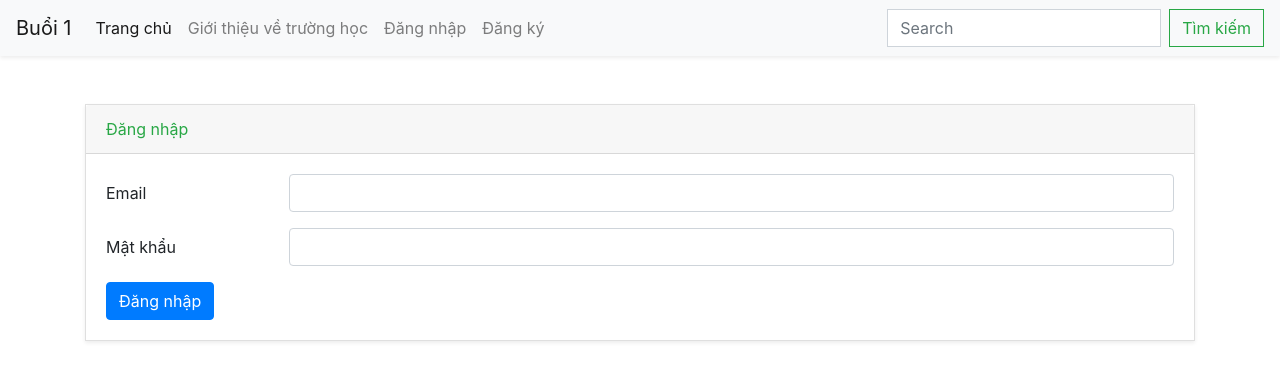
Repository: thaingo123/K20_HPC_Nhom.4_L-p.IT05_LaravelBlog
Page: http://localhost/login
An editor plug-in stored every save of this project. The page is shown before and after the next save, followed by the edit.
The browser window is 1280 px wide. The pictures show the whole page.
Some web libraries are served in a nearby version. The page is served by the project's Laravel application, run on PHP 8.4 with Laravel 9. Other server files are loaded and not shown.

Above is the page before, as saved 2022-03-24 10:50:50.

### routes/web.php
<?php


use Illuminate\Support\Facades\Route;
use App\Http\Controllers\UserController;
use App\Http\Controllers\HomeController;


/*
|--------------------------------------------------------------------------
| Web Routes
|--------------------------------------------------------------------------
|
| Here is where you can register web routes for your application. These
| routes are loaded by the RouteServiceProvider within a group which
| contains the "web" middleware group. Now create something great!
|
*/

// Route::get('/', function () {
//     return view('welcome');
// });


Route::get('/hung',function() {
    return 'Nguyễn Đình Hùng';
});

// Route::get('/blogk20',function() {
//     return view('blogk20');
// });

// Route::get('/blog-post',function() {
//     return view('blog-post');
// });

// Route::get('/login',function() {
//     return view('login');
// });
// Route::get('/login',[homeControllers::class, 'login']);

// Route::get('/register',function() {
//     return view('register');
// });



Route::get('/text',[HomeController::class,'show']);
Route::get('/hung',function() {
    return 'Nguyễn Đình Hùng';
});
Route::get('/blog',[UserController::class,'blog']);
Route::get('/blog-post',[UserController::class,'blogpost']);
Route::get('/register',[UserController::class,'register']);

Route::get('/login',[UserController::class,'login']);
Route::post('/login',[UserController::class,'login']);


Route::post('/blog-post',[UserController::class,'userLogin']);

Route::get('/admin', function() {
    return 'đây là trang quản trị';
})->middleware('new_token');

Route::get('/user', function() {
    return 'đây là trang quản trị của bloc';
})->middleware('new_token');

Route::get('/user2', function(){
    return 'trang lỗi';
});
// Route::get('/home', function(){
//     return view('home');
// });
Route::get('/home',[UserController::class,'home'])->middleware('admin');
Route::get('/login_in',[UserController::class,'login_in']);

Route::post('/login','UserController@login2')->name('auth.login');

Route :: get('/duc-bang-20012030101', function() {
    return 'MÃ SINH VIÊN LÀ 20012030101';
});

### app/Http/Controllers/UserController.php
<?php

namespace App\Http\Controllers;

use Illuminate\Http\Request;

class UserController extends Controller
{
    public function __construct(){

    }
    public function blog(){
        return view('blog');
    }
    public function login(){
        return view ('login');
    }
    public function blogpost(){
        return view('blog-post');
    }
    public function register(){
        return view('register');
    }
    public function getAuthLogin(){
        return view('login');
    }
    public function postAuthLogin(){
        return view('login');
    }

    public function home(){
        return view('home');
    }

    public function login_in(){
        return view('login_in');
    }

    public function login2(Request $request){
        $email = $_REQUEST["email"];
        $password = $_REQUEST["password"];
           if ($email === "dinhhung231202@gmail.com")
           {
               if ($password ==="hung123") {
                return view('home');
                    // return ('dăng nhập thành công');
               }else {

                    return ('password sai rồi bn ơi');
               }
           }else {
                    return ('email ko chùng với tài khoản nào !login');
           }
    }
    public function userLogin() {
        $email = $_REQUEST["email"];
        $password = $_REQUEST["password"];

           if ($email === "dinhhung231202@gmail.com")
           {
               if ($password ==="hung123") {


                    return ('dăng nhập thành công');

               }else {

                    return ('password sai rồi bn ơi');
               }
           }else {
                    return ('email ko chùng với tài khoản nào !login');
           }
    }

    // public function userLogin() {
    //     $email = $_REQUEST["email"];
    //     $password = $_REQUEST["password"];

    //        if ($email === "dinhhung231202@gmail.com")
    //        {
    //            if ($password ==="hung123") {

    //                 echo "đăng nhập thành công";
    //                 return view('blog-post');

    //            }else {
    //                 echo "password sai rồi bn ơi !";
    //                 return view('login');
    //            }
    //        }else {
    //                 echo "email ko chùng với tài khoản nào !";
    //                 return view('login');
    //        }
    // }

}

### app/Http/Controllers/Controller.php
<?php

namespace App\Http\Controllers;

use Illuminate\Foundation\Auth\Access\AuthorizesRequests;
use Illuminate\Foundation\Bus\DispatchesJobs;
use Illuminate\Foundation\Validation\ValidatesRequests;
use Illuminate\Routing\Controller as BaseController;

class Controller extends BaseController
{
    use AuthorizesRequests, DispatchesJobs, ValidatesRequests;



}

### resources/views/login.blade.php
<?php
    // use Illuminate\Support\Facades\Route;
    // use Illuminate\Http\Request;
    use routes\Web;
?>
<!doctype html>
<html lang="en">
    <head>
        <!-- Required meta tags -->
        <meta charset="utf-8">
        <meta name="viewport" content="width=device-width, initial-scale=1, shrink-to-fit=no">
        <!-- Bootstrap CSS -->
        <link rel="stylesheet" href="https://stackpath.bootstrapcdn.com/bootstrap/4.1.3/css/bootstrap.min.css" integrity="sha384-MCw98/SFnGE8fJT3GXwEOngsV7Zt27NXFoaoApmYm81iuXoPkFOJwJ8ERdknLPMO" crossorigin="anonymous">
        <link rel="stylesheet" type="text/css" href="css/blog.css">
        <title>Blog Post</title>
    </head>


    <body>
        <!-- navbar start -->
        <nav class="navbar navbar-expand-lg navbar-light bg-light shadow-sm">
            <a class="navbar-brand" href="#">Buổi 1</a>
            <button class="navbar-toggler" type="button" data-toggle="collapse" data-target="#navbarSupportedContent" aria-controls="navbarSupportedContent" aria-expanded="false" aria-label="Toggle navigation">
                <span class="navbar-toggler-icon"></span>
            </button>
            <div class="collapse navbar-collapse" id="navbarSupportedContent">
                <ul class="navbar-nav mr-auto">
                <li class="nav-item active">
                        <a class="nav-link" href="/blog">Trang chủ <span class="sr-only">(current)</span></a>
                    </li>
                    <li class="nav-item">
                        <a class="nav-link" href="/blog-post">Giới thiệu về trường học</a>
                    </li>
                    <li class="nav-item">
                        <a class="nav-link" href="/login">Đăng nhập</a>
                    </li>
                    <li class="nav-item">
                        <a class="nav-link" href="/register">Đăng ký</a>
                    </li>
                </ul>
                <form class="form-inline my-2 my-lg-0">
                    <input class="form-control mr-sm-2 rounded-0" type="search" placeholder="Search" aria-label="Search">
                    <button class="btn btn-outline-success rounded-0 my-2 my-sm-0" type="submit">Tìm kiếm</button>
                </form>
            </div>
        </nav>
        <!-- navbar ends -->
        <!-- main content start  -->
    <div class="container mt-5">
        <div class="row main-section">
            <div class="col-sm-12 col-md-12 col-lg-12">
                <div class="card rounded-0 shadow-sm" >
                    <div class="card-header">
                        <span class="text-success"> Đăng nhập</span>
                    </div>
                    <div class="card-body">
                        <form method="post" action="{{route('auth.login')}}" >
                            <div class="row mb-3">
                                <label for="inputEmail3" required class="col-sm-2 col-form-label">Email</label>
                                <div class="col-sm-10">
                                    <input type="email" name="email"  required class="form-control" id="inputEmail3">
                                </div>
                            </div>
                            <div class="row mb-3">
                                <label for="inputPassword3" class="col-sm-2 col-form-label">Mật khẩu</label>
                                <div class="col-sm-10">
                                    <input type="password" name="password" class="form-control" id="inputPassword3">
                                </div>
                            </div>

                            <button type="submit" class="btn btn-primary">Đăng nhập</button>
                        </form>
                    </div>
                </div>
            </div>
        </div>
    </div>
        <!-- main content ends -->
        <div class="footer-section mt-5">
            <p class="text-center m-0 text-white">2022 © Copyright by HPC</p>
        </div>
        <!-- Optional JavaScript -->
        <!-- jQuery first, then Popper.js, then Bootstrap JS -->
        <script src="https://code.jquery.com/jquery-3.2.1.slim.min.js" integrity="sha384-KJ3o2DKtIkvYIK3UENzmM7KCkRr/rE9/Qpg6aAZGJwFDMVNA/GpGFF93hXpG5KkN" crossorigin="anonymous"></script>
        <script src="https://cdnjs.cloudflare.com/ajax/libs/popper.js/1.12.9/umd/popper.min.js" integrity="sha384-ApNbgh9B+Y1QKtv3Rn7W3mgPxhU9K/ScQsAP7hUibX39j7fakFPskvXusvfa0b4Q" crossorigin="anonymous"></script>
        <script src="https://maxcdn.bootstrapcdn.com/bootstrap/4.0.0/js/bootstrap.min.js" integrity="sha384-JZR6Spejh4U02d8jOt6vLEHfe/JQGiRRSQQxSfFWpi1MquVdAyjUar5+76PVCmYl" crossorigin="anonymous"></script>

    </body>
</html>

Loaded but not shown: lang/en.json (common file)

After the next save:
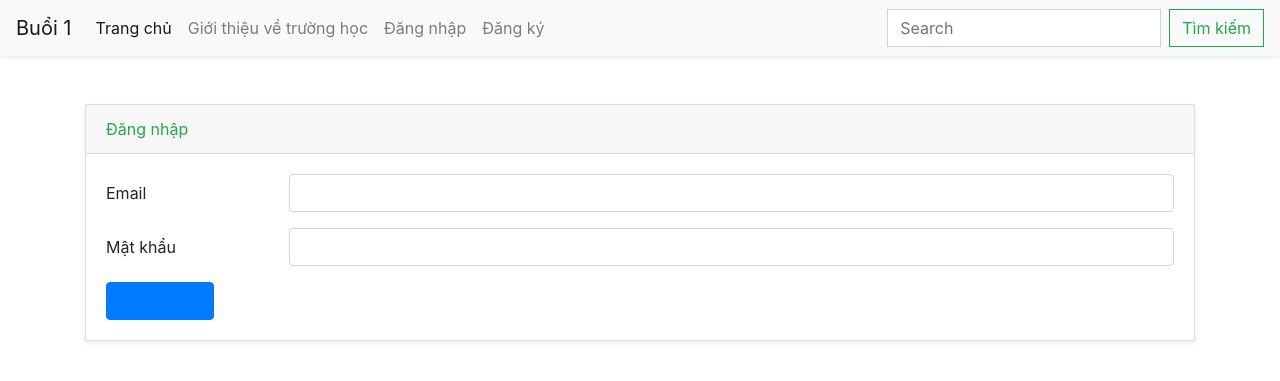
Saved 2 min 35 s later.
--- a/resources/views/login.blade.php
+++ b/resources/views/login.blade.php
@@ -68,7 +68,7 @@
                                 </div>
                             </div>
 
-                            <button type="submit" class="btn btn-primary">Đăng nhập</button>
+                            <button type="submit" class="btn btn-primary"><a href="/home">Đăng nhập</a></button>
                         </form>
                     </div>
                 </div>

After the save that followed:
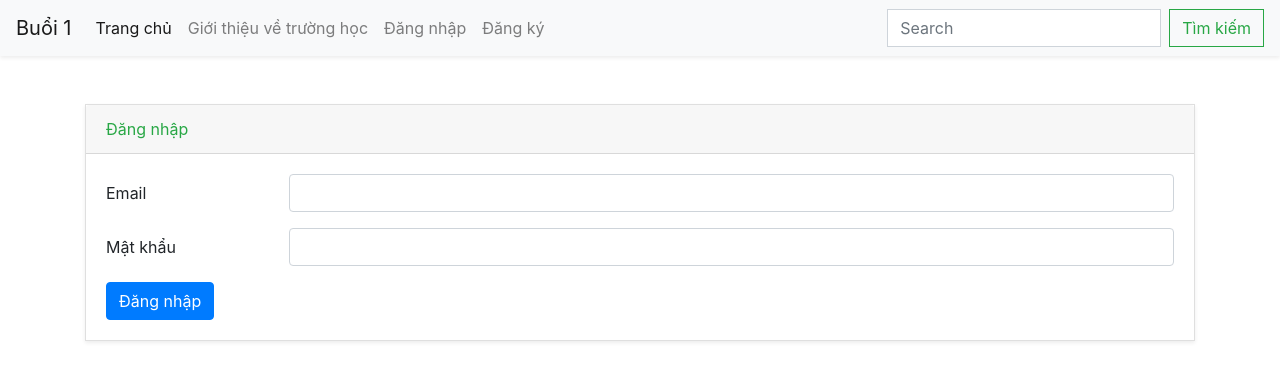
Saved 42 s later.
--- a/resources/views/login.blade.php
+++ b/resources/views/login.blade.php
@@ -67,8 +67,8 @@
                                     <input type="password" name="password" class="form-control" id="inputPassword3">
                                 </div>
                             </div>
+                            <a href="home"><button type="submit" class="btn btn-primary">Đăng nhập</button></a>
 
-                            <button type="submit" class="btn btn-primary"><a href="/home">Đăng nhập</a></button>
                         </form>
                     </div>
                 </div>
